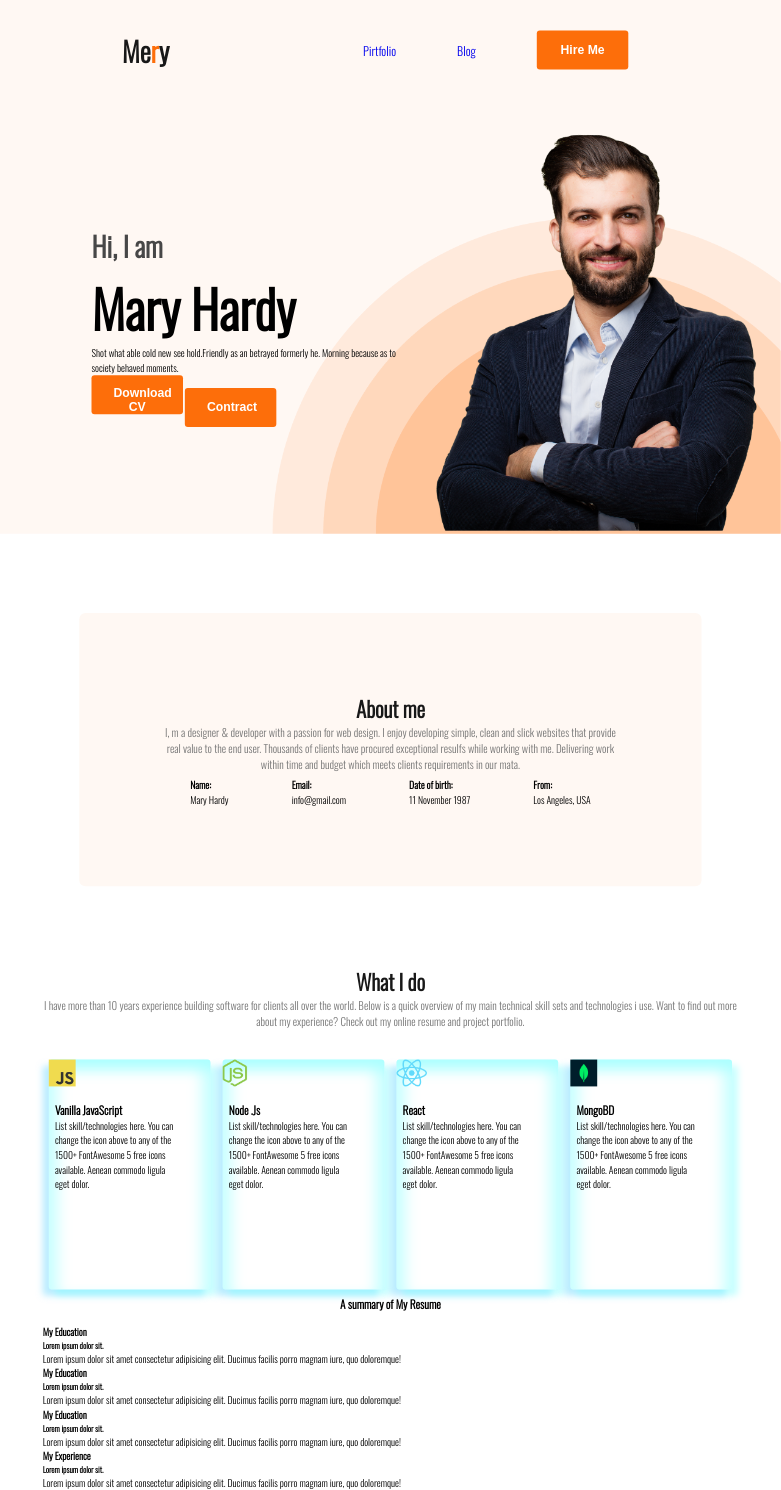
Repository: sumonkumarsarkar/my-website-personal
Page: index.html
The author's editor kept a copy of each file at every save. The page is drawn from the files as they stood at one save, then again after the next save.
The browser window is 1280 px wide. The pictures show the whole page, at 61% of full size.

Above is the page before, as saved 2024-01-06 16:05:49.

### index.html
<!DOCTYPE html>
<html lang="en">
  <head>
    <meta charset="UTF-8" />
    <meta name="viewport" content="width=device-width, initial-scale=1.0" />
    <title>My Personal Website</title>
    <link rel="preconnect" href="https://fonts.googleapis.com" />
    <link rel="preconnect" href="https://fonts.gstatic.com" crossorigin />
    <link
      href="https://fonts.googleapis.com/css2?family=Open+Sans:wght@700;800&family=Oswald:wght@300&display=swap"
      rel="stylesheet"
    />
    <link rel="stylesheet" href="./style.css" />
  </head>
  <body>
    <header class="header">
      <nav>
        <h3 class="nav-title">Me<span class="text-primary">r</span>y</h3>
        <ul>
          <li><a href="#">Pirtfolio</a></li>
          <li><a href="#">Blog</a></li>
          <li><button type="button" class="btn-button">Hire Me</button></li>
        </ul>
      </nav>

      <div class="banner">
        <div class="banner-part">
          <h3 class="banner-greeting">Hi, I am</h3>
          <h1 class="banner-title">Mary Hardy</h1>
          <p>
            Shot what able cold new see hold.Friendly as an betrayed formerly
            he. Morning because as to society behaved moments.
          </p>
          <button type="button" class="btn-button">Download CV</button>
          <button class="btn-button" type="button">Contract</button>
        </div>
        <div>
          <img class="profile-picture" src="./images/hardy.png" alt="" />
        </div>
      </div>
    </header>

    <!-- main section  -->

    <main>
      <section class="about">
        <h3 class="section-title">About me</h3>
        <p class="section-description">
          I, m a designer & developer with a passion for web design. I enjoy
          developing simple, clean and slick websites that provide real value to
          the end user. Thousands of clients have procured exceptional resulfs
          while working with me. Delivering work within time and budget which
          meets clients requirements in our mata.
        </p>

        <div class="about-info-container">
          <div class="about-info">
            <h4 class="info-titlt">Name:</h4>
            <p>Mary Hardy</p>
          </div>
          <div class="about-info">
            <h4 class="info-titlt">Email:</h4>
            <p>info@gmail.com</p>
          </div>
          <div class="about-info">
            <h4 class="info-titlt">Date of birth:</h4>
            <p>11 November 1987</p>
          </div>
          <div class="about-info">
            <h4 class="info-titlt">From:</h4>
            <p>Los Angeles, USA</p>
          </div>
        </div>
      </section>

      <section class="what-section">
        <h3 class="section-title">What I do</h3>
        <p class="section-description">
          I have more than 10 years experience building software for clients all
          over the world. Below is a quick overview of my main technical skill
          sets and technologies i use. Want to find out more about my
          experience? Check out my online resume and project portfolio.
        </p>

        <div class="skill-container">
          <div class="skill">
            <img src="./images/icons/js.png" alt="" />
            <div class="skill-item">
              <h3 class="skill-title">Vanilla JavaScript</h3>
              <p class="skill-description">
                List skill/technologies here. You can change the icon above to
                any of the 1500+ FontAwesome 5 free icons available. Aenean
                commodo ligula eget dolor.
              </p>
            </div>
          </div>
          <div class="skill">
            <img src="./images/icons/nodejs.png" alt="" />
            <div class="skill-item">
              <h3 class="skill-title">Node .Js</h3>
              <p class="skill-description">
                List skill/technologies here. You can change the icon above to
                any of the 1500+ FontAwesome 5 free icons available. Aenean
                commodo ligula eget dolor.
              </p>
            </div>
          </div>
          <div class="skill">
            <img src="./images/icons/react.png" alt="" />
            <div class="skill-item">
              <h3 class="skill-title">React</h3>
              <p class="skill-description">
                List skill/technologies here. You can change the icon above to
                any of the 1500+ FontAwesome 5 free icons available. Aenean
                commodo ligula eget dolor.
              </p>
            </div>
          </div>
          <div class="skill">
            <img src="./images/icons/mongo.png" alt="" />
            <div class="skill-item">
              <h3 class="skill-title">MongoBD</h3>
              <p class="skill-description">
                List skill/technologies here. You can change the icon above to
                any of the 1500+ FontAwesome 5 free icons available. Aenean
                commodo ligula eget dolor.
              </p>
            </div>
          </div>
        </div>


     <!-- summary section start  -->
     <section class="section-resume">
      <h3 class="summary-title">A summary of My Resume</h3>
      <div class="summary-section">

          <div class="education-item">
          <h4 class="education-title">My Education</h4>
          <div class="education-details">
          <h5>Lorem ipsum dolor sit.</h5>
          <P>Lorem ipsum dolor sit amet consectetur adipisicing elit. Ducimus facilis porro magnam iure, quo doloremque!</P>
          </div>
          <div class="education-item">
          <h4 class="education-title">My Education</h4>
          <div class="education-details">
          <h5>Lorem ipsum dolor sit.</h5>
          <P>Lorem ipsum dolor sit amet consectetur adipisicing elit. Ducimus facilis porro magnam iure, quo doloremque!</P>
          </div>
          <div class="education-item">
          <h4 class="education-title">My Education</h4>
          <div class="education-details">
          <h5>Lorem ipsum dolor sit.</h5>
          <P>Lorem ipsum dolor sit amet consectetur adipisicing elit. Ducimus facilis porro magnam iure, quo doloremque!</P>
          </div>

         </div>

          <!-- Education end  -->

         <div class="experence-item">
          <h4 class="experence">My Experience</h4>

            <div class="education-details">
            <h5>Lorem ipsum dolor sit.</h5>
            <P>Lorem ipsum dolor sit amet consectetur adipisicing elit. Ducimus facilis porro magnam iure, quo doloremque!</P>
            </div>

         </div>
      </div>
<!-- Education  start  -->


     </section>


    </div>




     <!-- summary section end  -->


      </section>
    </main>
  </body>
</html>

### style.css
* {
  margin: 0;
  padding: 0;
}
body {
  font-family: "Open Sans", sans-serif;
  font-family: "Oswald", sans-serif;
}
nav {
  display: flex;
  align-items: center;
  justify-content: space-between;
  margin: 0 200px;
}

.nav-title {
  font-size: 45px;
  color: #181818;
  line-height: normal;
  font-weight: 800;
}
.text-primary {
  color: #fd6e0a;
}
nav ul {
  display: flex;
  align-items: center;
}
nav a {
  text-decoration: none;
}
nav li {
  list-style: none;
  margin: 50px;
  font-size: 20px;
  color: #474747;
  text-align: center;
}

.section-title {
    color:#181818;
    text-align: center;
    font-size: 35px;
    font-weight: 700;
}
.section-description{
    color:#757575;
    text-align: center;
    font-size: 18px;

}

.btn-button {
  height: 64px;
  width: 150px;
  color: #ffff;
  background: #fd6e0a;
  border-radius: 5px;
  font-size: 20px;
  border: 0;
  font-weight: 700;
  padding: 18px 36px;
}

.header {
  background: #fff8f3;
  background-image: url(./images/header_bg.png);
  background-repeat: no-repeat;
  background-position: bottom right;
}
.banner {
  padding: 30px 30px 0 150px;
  display: flex;
  align-items: center;
  justify-content: space-between;
}
.banner-part {
  max-width: 500px;
}
.banner .profile-picture {
  height: 676px;
  width: 584px;
}
.banner-greeting {
  font-size: 45px;
  color: #474747;
  margin-bottom: 5px;
}
.banner-title {
  font-size: 85px;
  font-weight: 700;
  margin-top: 5px;
}

/* main section   */

main{
    max-width: 1140;
    margin: 0 auto;
}

/* about section  */
.about {
  padding: 130px;
  border-radius:10px;
  background: #fff8f3;
  margin:130px ;
}
.about-info-container{
    display: flex;
    justify-content:space-around;
    margin-top: 10px;
}
.about-info-container h4{
    margin: 0 auto;
}

.what-section{
    max-width: 1140px;
    margin: 0 auto;
}
.skill-container{
    display:flex;
    margin-top:40px;

}
.skill{
    height: 377px;
    width: 267px;
    background: #FFFFFF;
    border-radius: 5px;
    margin: 10px;
    box-shadow:10px 10px 10px rgba(122, 333, 455, .4),
          -10px 10px 10px rgba(122, 220, 300, .5),
          inset 15px 15px 22px rgba(122, 333, 455, .4),
          inset -15px 15px 22px rgba(122, 333, 455, .4);
}
.kill img{
    height:40px;
    width: 40px;
    margin-top:50px;
    padding: 10px;
}
.kill img{

    margin-top:10px;
    padding: 10px;
}
.skill .skill-item{
    width: 204px;
    height: 243px;
    margin-top: 10px;
    padding: 10px;
}


/* summary section start  */
.section-resume{
    max-width: 1140px;
}
.summary-title{
    text-align: center;
    margin-bottom: 20px;
}
.summary-section{
    display: flex;
}




/* summary section end */



.summary-section{
    display:flex;
}

After the next save:
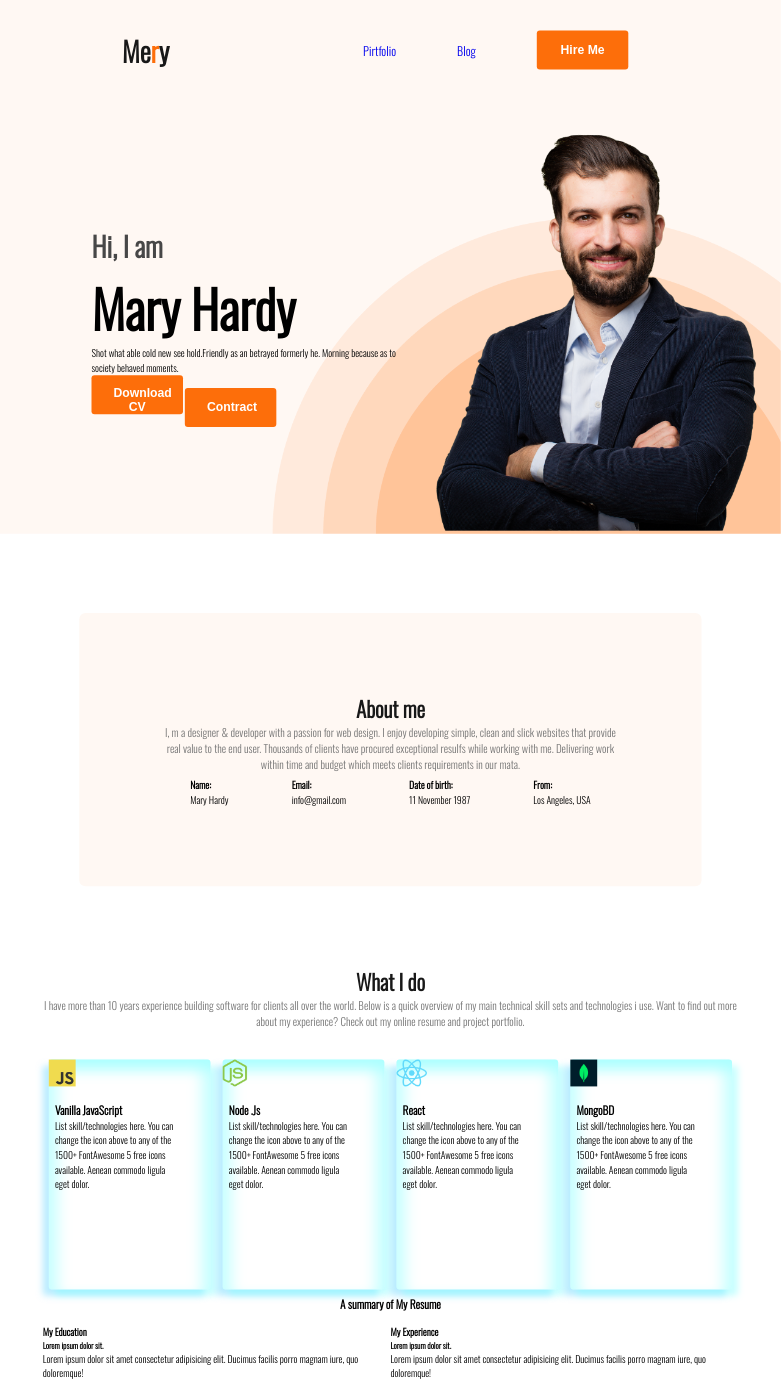
Saved 11 s later.
--- a/index.html
+++ b/index.html
@@ -141,18 +141,6 @@
           <h5>Lorem ipsum dolor sit.</h5>
           <P>Lorem ipsum dolor sit amet consectetur adipisicing elit. Ducimus facilis porro magnam iure, quo doloremque!</P>
           </div>
-          <div class="education-item">
-          <h4 class="education-title">My Education</h4>
-          <div class="education-details">
-          <h5>Lorem ipsum dolor sit.</h5>
-          <P>Lorem ipsum dolor sit amet consectetur adipisicing elit. Ducimus facilis porro magnam iure, quo doloremque!</P>
-          </div>
-          <div class="education-item">
-          <h4 class="education-title">My Education</h4>
-          <div class="education-details">
-          <h5>Lorem ipsum dolor sit.</h5>
-          <P>Lorem ipsum dolor sit amet consectetur adipisicing elit. Ducimus facilis porro magnam iure, quo doloremque!</P>
-          </div>
 
          </div>
 
@@ -161,7 +149,7 @@
          <div class="experence-item">
           <h4 class="experence">My Experience</h4>
 
-            <div class="education-details">
+          <div class="education-details">
             <h5>Lorem ipsum dolor sit.</h5>
             <P>Lorem ipsum dolor sit amet consectetur adipisicing elit. Ducimus facilis porro magnam iure, quo doloremque!</P>
             </div>
